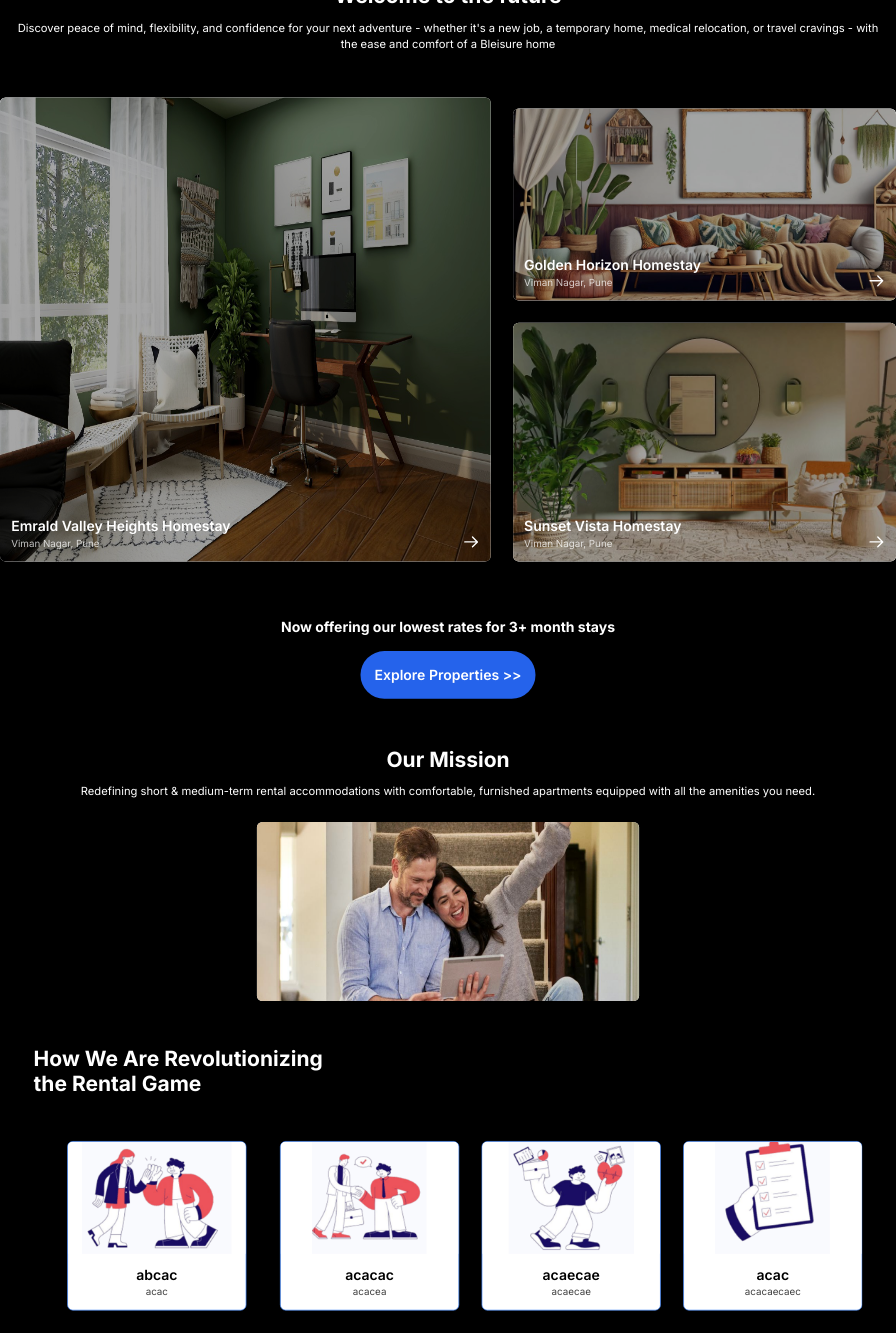
Repository: aditya-jha-kumar/BleisureHosting-V1
Page: /home
The author's editor kept a copy of each file at every save. The page is drawn from the files as they stood at one save, then again after the next save.
The browser window is 1280 px wide. The pictures show the part of the page from y = 793 to 2713 px (the page is 2697 px tall before and 2713 px after), at 70% of full size.
The project was rebuilt for these pictures with package versions that can differ from the ones it lists, and the page was loaded fresh each time. The framework's server and built-in components were replaced by stand-ins that run in the browser. Also part of the build but not shown: next.config.mjs.

Above is the page before, as saved 2024-06-12 15:50:42.

### src/app/home/page.tsx
// Home.tsx

import React from "react";
import Navbar from "@/components/navbar";
import Search from "@/components/Search";
import Hero from "@/components/hero";
import Card from "@/components/card";
import Button from "@/components/button";
import Card2 from "@/components/Card2";

export default function Home() {
  return (
    <div className="relative min-h-screen flex flex-col justify-center items-center">
      {/* Navbar */}
      <Navbar
        logoSrc="/logo.png"
        logoAlt=""
        option1="Place to stay"
        option2="Experience"
        option3="Nearby"
        option4="Contact"
        button1Label="Become a partner"
        button2Label="Sign up"
      />

      {/* Hero section */}
      <div className="relative rounded overflow-hidden flex-1">
        <Hero
          logoSrc="/hero.png"
          logoAlt="Your alt text here"
          className="rounded"
        />
        {/* Search component placed on Hero */}
        <div className="absolute inset-0 flex justify-center items-center">
          <Search placeholder="Search" />
        </div>
      </div>

      {/* Additional content */}
      <div className="flex flex-col items-center justify-center text-center mt-8 md:mt-12 px-4">
        <h1 className="text-3xl font-bold">Welcome to the future</h1>
        <p className="mt-4">
          Discover peace of mind, flexibility, and confidence for your next
          adventure - whether it's a new job, a temporary home, medical
          relocation, or travel cravings - with the ease and comfort of a
          Bleisure home
        </p>
      </div>

      {/* Cards */}
      <div className="flex justify-center mt-8 space-x-4 md:space-x-8">
        <Card
          imageSrc="/card1.png"
          largeText="Emrald Valley Heights Homestay"
          smallText="Viman Nagar, Pune"
          showOverlay
          showArrow
        />
        <div className="md:mt-4">
          {/* Add margin top for medium screens */}
          <Card
            imageSrc="/card2.png"
            largeText="Golden Horizon Homestay"
            smallText="Viman Nagar, Pune"
            showOverlay
            showArrow
          />
          <Card
            imageSrc="/card3.png"
            largeText="Sunset Vista Homestay"
            smallText="Viman Nagar, Pune"
            showOverlay
            showArrow
          />
        </div>
      </div>

      {/* Additional content */}
      <div className="flex flex-col items-center justify-center text-center mt-8 md:mt-12 px-4">
        <h1 className="text-xl font-bold">
          Now offering our lowest rates for 3+ month stays
        </h1>
        <Button text="Explore Properties >>" />
      </div>

      {/* Our Mission */}
      <div className="flex flex-col items-center justify-center text-center mt-8 md:mt-12 px-4">
        <h1 className="text-3xl font-bold">Our Mission</h1>
        <p className="mt-4">
          Redefining short & medium-term rental accommodations with comfortable,
          furnished apartments equipped with all the amenities you need.
        </p>
        <Card
          imageSrc="our-mission.png"
          largeText=""
          smallText=""
          smallSize // Pass this prop to decrease the size
        />
      </div>
      {/* Revolutionizing */}
      <div className="flex-nowwarp justify-center mt-8 space-x-4 md:space-x-8 overflow-x-auto">
        <h1 className="text-3xl font-bold">
          How We Are Revolutionizing <br /> the Rental Game
        </h1>
        <div className="flex flex-wrap justify-center mt-8 space-x-4 md:space-x-8">
          <Card2 imageSrc="/a1.png" largeText="abcac" smallText="acac" />
          <Card2 imageSrc="/a2.png" largeText="acacac" smallText="acacea" />
          <Card2 imageSrc="/a3.png" largeText="acaecae" smallText="acaecae" />
          <Card2 imageSrc="/a4.png" largeText="acac" smallText="acacaecaec" />
        </div>
      </div>
    </div>
  );
}

### src/components/navbar.tsx
"use client"
import { useState } from "react";
import Link from "next/link";

interface NavbarProps {
  logoSrc: string;
  logoAlt: string;
  option1: string;
  option2: string;
  option3: string;
  option4: string;
  button1Label: string;
  button2Label: string;
}

const Navbar = ({
  logoSrc,
  logoAlt,
  option1,
  option2,
  option3,
  option4,
  button1Label,
  button2Label,
}: NavbarProps) => {
  const [isMenuOpen, setIsMenuOpen] = useState(false);

  const toggleMenu = () => {
    setIsMenuOpen(!isMenuOpen);
  };

  return (
    <nav className="bg-white dark:bg-white fixed w-full z-20 top-0 start-0 border-b">
      <div className="max-w-screen-xl flex flex-wrap items-center justify-between mx-auto p-4">
        <Link
          className="flex items-center space-x-3 rtl:space-x-reverse cursor-pointer"
          href="/"
        >
          <img src={logoSrc} className="h-8" alt={logoAlt} />
          <span className="self-center text-2xl font-semibold whitespace-nowrap dark:text-black">
            {logoAlt}
          </span>
        </Link>
        <div className="flex md:order-2 space-x-3 md:space-x-0 rtl:space-x-reverse">
          <button
            type="button"
            className="text-black bg-white border-black border-2 focus:ring-4 font-medium rounded-lg text-sm px-4 py-2 text-center transition duration-300 ease-in-out hover:bg-black hover:text-white hover:border-gray-800"
          >
            {button1Label}
          </button>

          <span className="px-2 py-2">|</span>
          <button
            type="button"
            className="text-white bg-blue-700 hover:bg-blue-800 focus:ring-4 focus:outline-none focus:ring-blue-300 font-medium rounded-lg text-sm px-4 py-2 text-center dark:bg-blue-600 dark:hover:bg-blue-700 dark:focus:ring-blue-800 transition duration-300 ease-in-out"
          >
            {button2Label}
          </button>

          <button
            data-collapse-toggle="navbar-sticky"
            type="button"
            className="inline-flex items-center p-2 w-10 h-10 justify-center text-sm text-gray-500 rounded-lg md:hidden hover:bg-gray-100 focus:outline-none focus:ring-2 focus:ring-gray-200 dark:text-gray-400 dark:hover:bg-gray-700 dark:focus:ring-gray-600 transition duration-300 ease-in-out"
            aria-controls="navbar-sticky"
            aria-expanded="false"
            onClick={toggleMenu}
          >
            <span className="sr-only">Open main menu</span>
            <svg
              className="w-5 h-5"
              aria-hidden="true"
              xmlns="http://www.w3.org/2000/svg"
              fill="none"
              viewBox="0 0 17 14"
            >
              <path
                stroke="currentColor"
                strokeLinecap="round"
                strokeLinejoin="round"
                strokeWidth="2"
                d="M1 1h15M1 7h15M1 13h15"
              />
            </svg>
          </button>
        </div>
        <div
          className={`items-center justify-between w-full md:flex md:w-auto md:order-1 ${
            isMenuOpen ? "block" : "hidden"
          }`}
          id="navbar-sticky"
        >
          <ul className="flex flex-col p-4 md:p-0 mt-4 font-medium border border-gray-100 rounded-lg bg-gray-50 md:space-x-8 rtl:space-x-reverse md:flex-row md:mt-0 md:border-0 md:bg-white">
            <li>
              <Link
                className="block py-2 px-3 text-gray-900 rounded hover:bg-gray-100 md:hover:bg-transparent md:hover:text-blue-700 md:p-0 md:dark:hover:text-blue-500 dark:text-black dark:hover:bg-gray-700 dark:hover:text-black md:dark:hover:bg-transparent dark:border-gray-700 transition duration-300 ease-in-out"
                aria-current="page"
                href="/placetostay"
              >
                {option1}
              </Link>
            </li>
            <li>
              <Link
                className="block py-2 px-3 text-gray-900 rounded hover:bg-gray-100 md:hover:bg-transparent md:hover:text-blue-700 md:p-0 md:dark:hover:text-blue-500 dark:text-black dark:hover:bg-gray-700 dark:hover:text-black md:dark:hover:bg-transparent dark:border-gray-700 transition duration-300 ease-in-out"
                href="/about"
              >
                {option2}
              </Link>
            </li>
            <li>
              <Link
                className="block py-2 px-3 text-gray-900 rounded hover:bg-gray-100 md:hover:bg-transparent md:hover:text-blue-700 md:p-0 md:dark:hover:text-blue-500 dark:text-black dark:hover:bg-gray-700 dark:hover:text-black md:dark:hover:bg-transparent dark:border-gray-700 transition duration-300 ease-in-out"
                href="/services"
              >
                {option3}
              </Link>
            </li>
            <li>
              <Link
                className="block py-2 px-3 text-gray-900 rounded hover:bg-gray-100 md:hover:bg-transparent md:hover:text-blue-700 md:p-0 md:dark:hover:text-blue-500 dark:text-black dark:hover:bg-gray-700 dark:hover:text-black md:dark:hover:bg-transparent dark:border-gray-700 transition duration-300 ease-in-out"
                href="/contact"
              >
                {option4}
              </Link>
            </li>
          </ul>
        </div>
      </div>
    </nav>
  );
};

export default Navbar;

### src/components/Search.tsx
"use client";
import React from "react";

interface SearchProps {
  placeholder: string;
}

const Search = ({ placeholder }: SearchProps) => {
  return (
    <div className="relative">
      <input
        type="text"
        placeholder={placeholder}
        className="w-full h-12 px-4 py-2 rounded-lg border border-gray-300 focus:outline-none focus:border-blue-500"
      />
      <button className="absolute inset-y-0 right-0 flex items-center px-4 bg-blue-500 text-white rounded-r-lg">
        Search
      </button>
    </div>
  );
};

export default Search;

### src/components/hero.tsx
"use client";
import React from "react";

interface HeroProps {
  logoSrc: string;
  logoAlt: string;
  className?: string; // Make className optional
}

const Hero = ({ logoSrc, logoAlt, className }: HeroProps) => {
  return (
    <div className={className}>
      <div>
        <img src={logoSrc} alt={logoAlt} />
      </div>
    </div>
  );
};

export default Hero;

### src/components/card.tsx
"use client";
import React from "react";

interface CardProps {
  imageSrc: string;
  largeText: string;
  smallText: string;
  showOverlay?: boolean; // Optional prop to show/hide overlay
  showArrow?: boolean; // Optional prop to show/hide arrow
  smallSize?: boolean; // Optional prop to decrease card size
}

const Card = ({
  imageSrc,
  largeText,
  smallText,
  showOverlay = false,
  showArrow = false,
  smallSize = false,
}: CardProps) => {
  return (
    <div
      className={`relative bg-white rounded-lg shadow-md overflow-hidden group my-8 ${
        smallSize ? "w-250 h-64" : "w-full h-auto"
      }`}
    >
      {/* Image */}
      <div className="w-full h-full relative">
        <img src={imageSrc} alt="Card" className="w-full h-full" />
        {/* Black overlay */}
        {showOverlay && (
          <div className="absolute inset-0 bg-black opacity-35 rounded-lg"></div>
        )}
      </div>

      {/* Large Text */}
      <div className="absolute bottom-0 left-0 p-4">
        <h2 className="text-xl font-semibold text-white">{largeText}</h2>
        <p className="text-sm text-white opacity-75">{smallText}</p>
      </div>

      {/* Arrow Icon */}
      {showArrow && (
        <div className="absolute bottom-0 right-0 p-4">
          <svg
            xmlns="http://www.w3.org/2000/svg"
            className="h-6 w-6 text-white"
            fill="none"
            viewBox="0 0 24 24"
            stroke="currentColor"
          >
            <path
              strokeLinecap="round"
              strokeLinejoin="round"
              strokeWidth={2}
              d="M14 5l7 7m0 0l-7 7m7-7H3"
            />
          </svg>
        </div>
      )}
    </div>
  );
};

export default Card;

### src/components/button.tsx
import React from "react";

interface ButtonProps {
  text: string;
  onClick?: () => void;
  disabled?: boolean;
}

const Button = ({ text, onClick, disabled = false }: ButtonProps) => {
  return (
    <button
      type="button"
      onClick={onClick}
      disabled={disabled}
      className={`py-5 px-5 my-5 text-xl inline-flex items-center gap-x-2 font-semibold rounded-full ${
        disabled
          ? "opacity-50 cursor-not-allowed"
          : "bg-blue-600 text-white hover:bg-blue-700"
      }`}
    >
      {text}
    </button>
  );
};

export default Button;

### src/components/Card2.tsx
// Card2.tsx
"use client";
import React from "react";

interface CardProps {
  imageSrc: string;
  largeText: string;
  smallText: string;
}

const Card2 = ({ imageSrc, largeText, smallText }: CardProps) => {
  return (
    <div className="relative w-64 h-auto bg-white border border-blue-500 rounded-lg shadow-md overflow-hidden my-8 mx-4">
      {/* Background Image */}
      <div
        className="w-full h-40 bg-cover bg-center"
        style={{ backgroundImage: `url(${imageSrc})` }}
      />

      {/* Content */}
      <div className="p-4 text-center text-black">
        <h2 className="text-xl font-semibold">{largeText}</h2>
        <p className="text-sm opacity-75">{smallText}</p>
      </div>
    </div>
  );
};

export default Card2;

### tailwind.config.ts
module.exports = {
  content: [
    "./src/pages/**/*.{js,ts,jsx,tsx}",
    "./src/components/**/*.{js,ts,jsx,tsx}",
    "./src/app/**/*.{js,ts,jsx,tsx}",
    "node_modules/preline/dist/*.js",
  ],
  theme: {
    extend: {
      backgroundImage: {
        "gradient-radial": "radial-gradient(var(--tw-gradient-stops))",
        "gradient-conic":
          "conic-gradient(from 180deg at 50% 50%, var(--tw-gradient-stops))",
      },
    },
  },
  plugins: [require("preline/plugin")],
};

Loaded but not shown: src/app/layout.tsx (common file); src/app/globals.css (common file)

After the next save:
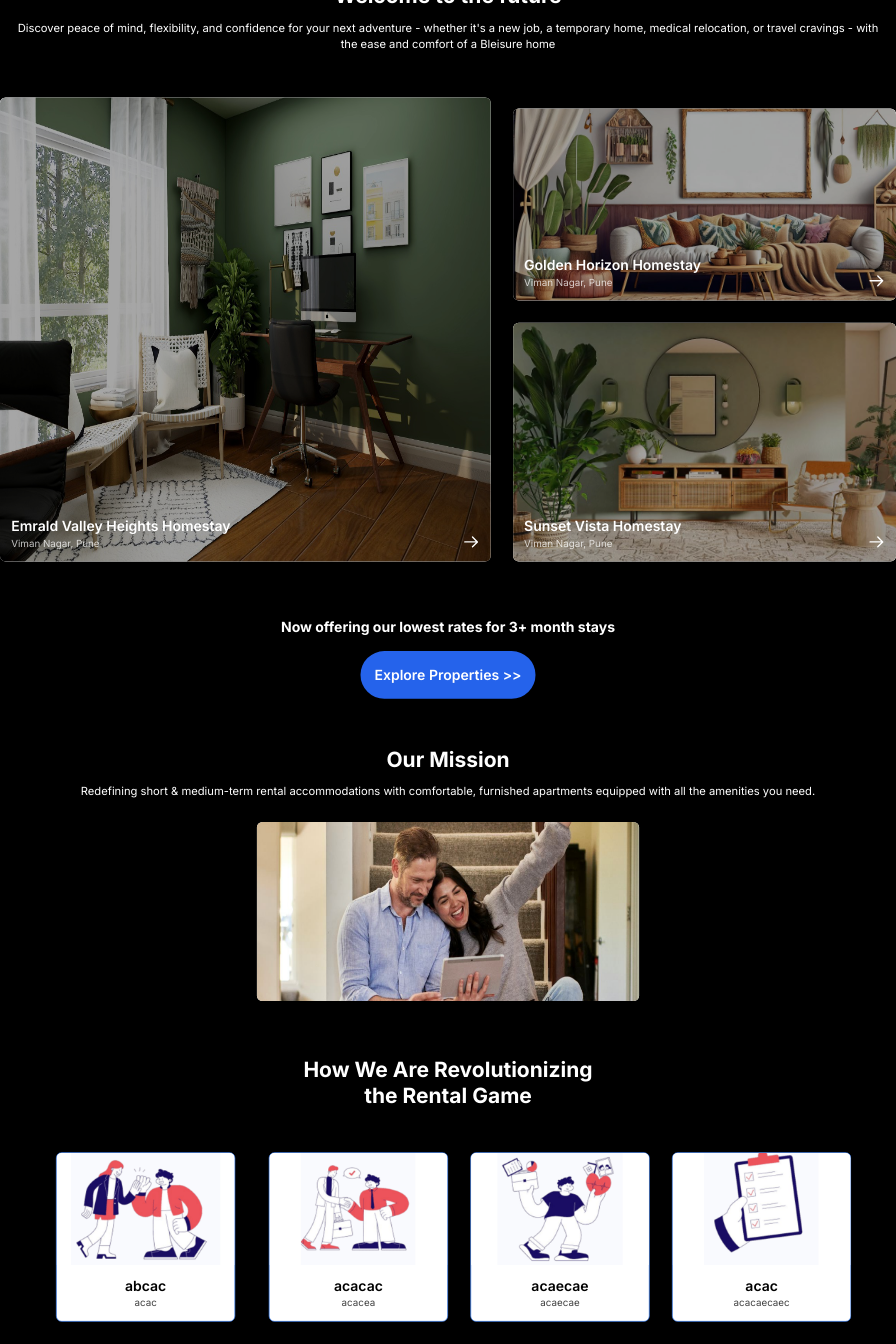
Saved 13 s later.
--- a/src/app/home/page.tsx
+++ b/src/app/home/page.tsx
@@ -1,5 +1,4 @@
 // Home.tsx
-
 import React from "react";
 import Navbar from "@/components/navbar";
 import Search from "@/components/Search";
@@ -98,11 +97,11 @@ export default function Home() {
         />
       </div>
       {/* Revolutionizing */}
-      <div className="flex-nowwarp justify-center mt-8 space-x-4 md:space-x-8 overflow-x-auto">
+      <div className="flex flex-col items-center justify-center text-center mt-8 md:mt-12 px-4">
         <h1 className="text-3xl font-bold">
           How We Are Revolutionizing <br /> the Rental Game
         </h1>
-        <div className="flex flex-wrap justify-center mt-8 space-x-4 md:space-x-8">
+        <div className="flex flex-nowrap justify-center mt-8 space-x-4 md:space-x-8 overflow-x-auto">
           <Card2 imageSrc="/a1.png" largeText="abcac" smallText="acac" />
           <Card2 imageSrc="/a2.png" largeText="acacac" smallText="acacea" />
           <Card2 imageSrc="/a3.png" largeText="acaecae" smallText="acaecae" />
